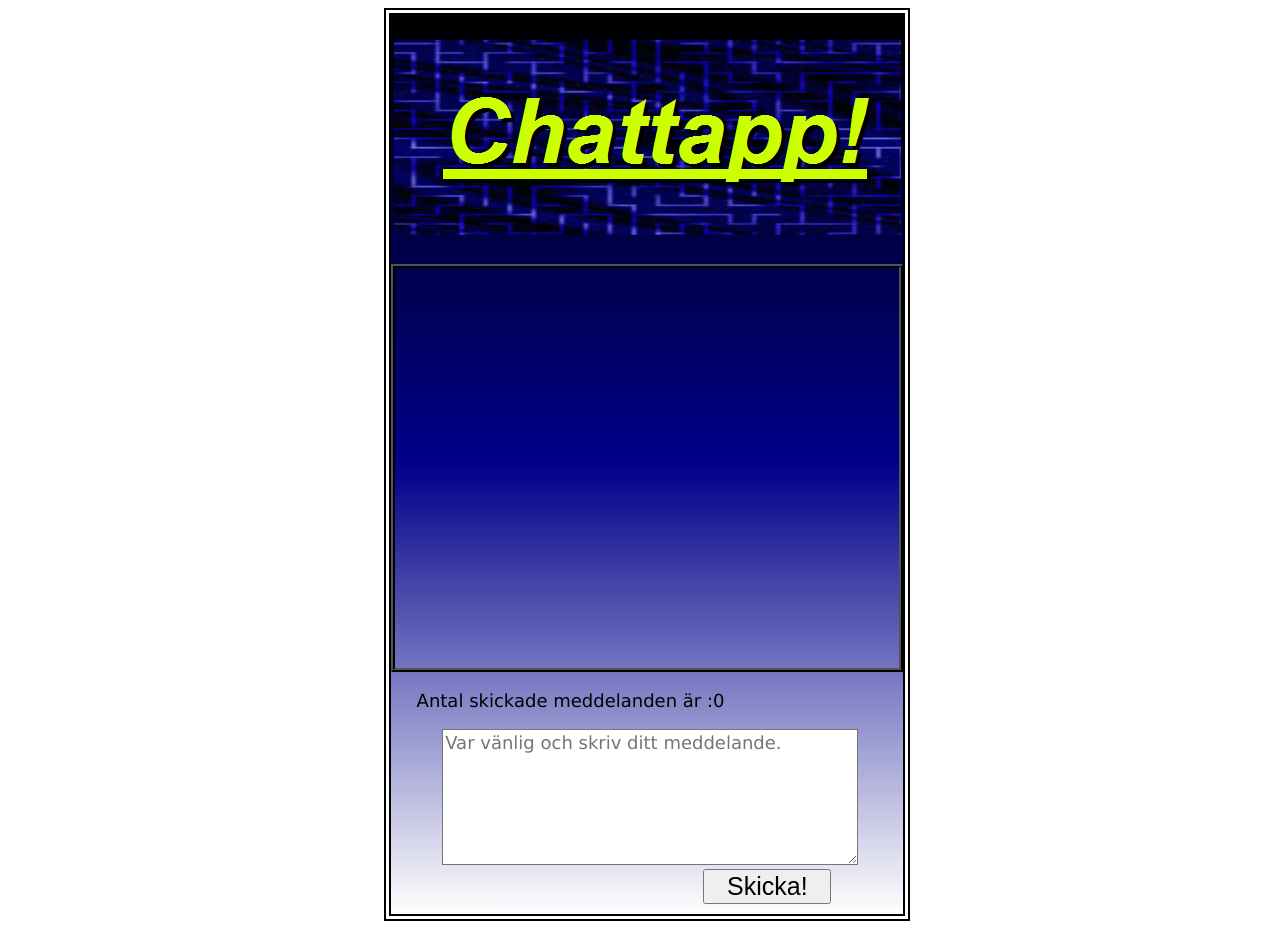
Repository: MartinArvidsson/1dv403-laborationer-Martin-Arvidsson
Page: 2-labbymezzage/index.html
The author's editor kept a record of every edit. The page is drawn from the files as they stood at one moment, then again after the next edit.
The browser window is 1280 px wide. The pictures show the whole page.

Above is the page before.

### 2-labbymezzage/index.html
<!DOCTYPE Html>
<html>
    <Head>
        <meta charset="UTF-8">
        <Title>Laboration 2 - Labby message</Title>
        <link rel="stylesheet" type="text/css" href="style.css">
    </Head>
    <body>
            <main>
                <div id="logotype">
                    <img src="logotypelabby.PNG" alt="logotype för chattappen">
                </div>
                <div id="messagesarea"></div>
                <p id="messagesSent">Antal skickade meddelanden är :0</p>
                <textarea id="textarea" rows="8" cols="60" placeholder="Var vänlig och skriv ditt meddelande."></textarea>
                <input id ="sendmessage" type="submit" value="Skicka!"/>
            </main>
        <script type="text/javascript" src="message.js"></script>
        <script type="text/javascript" src="messageApp.js"></script>
    </body>
</html>

### 2-labbymezzage/style.css
#logotype
{
    text-align:center;
    padding-top:25px;
    padding-bottom:25px;
}
body
{
   width:40%;
   margin-left:30%;
   border:double 7px black;
}
main
{
    background: linear-gradient(black,darkblue,white);
    border:7px black;
}
#messagesarea
{
    overflow-y:scroll;
    max-height:400px;
    height:400px;
    border:ridge 4px black;
}
#messagesSent
{

}
textarea
{
   font-family:Verdana;
    max-width:80%;
    width:80%;
    height:130px;
    font-size:18px;
    margin-bottom:1%;

}
textarea
{
    background-color:White;
    margin-right:5%;
    margin-left:10%;
}
p
{
   font-family:Verdana;
   font-size:18px;
   margin-left:5%;
}
#sendmessage
{
    width:25%;
    font-size:25px;
    margin-right:15%;
    margin-top:-1%;
    margin-left:61%;
    margin-bottom:2%;
}

### 2-labbymezzage/message.js
"use strict";

function Message (message, date){

    this.getText = function(){
        return message;
        };

    this.setText = function(_text){
        message = _text;
        };

    this.getDate =function(){
        return date;
    };

    this.setDate =function(_date){
        date = _date;
    };
}
Message.prototype.toString = function(){
    return this.getText()+" ("+this.getDate()+")";
}
Message.prototype.getHTMLText = function(){
    return this.getText().replace(/[\n\r]/g, "<br/>");
}
Message.prototype.getDateText = function (){

}

### 2-labbymezzage/messageApp.js
"use strict";
var messageApp = {
    messages:[],
    messagesSent: 0,
    init:function()
    {
        //var mess = new Message("Test1",new Date());
        //alert (mess);
        //alert (mess.getText());
       // mess.setText("Text2");
       // alert(mess);
    }
}
window.onload = messageApp.init;

After the next edit:
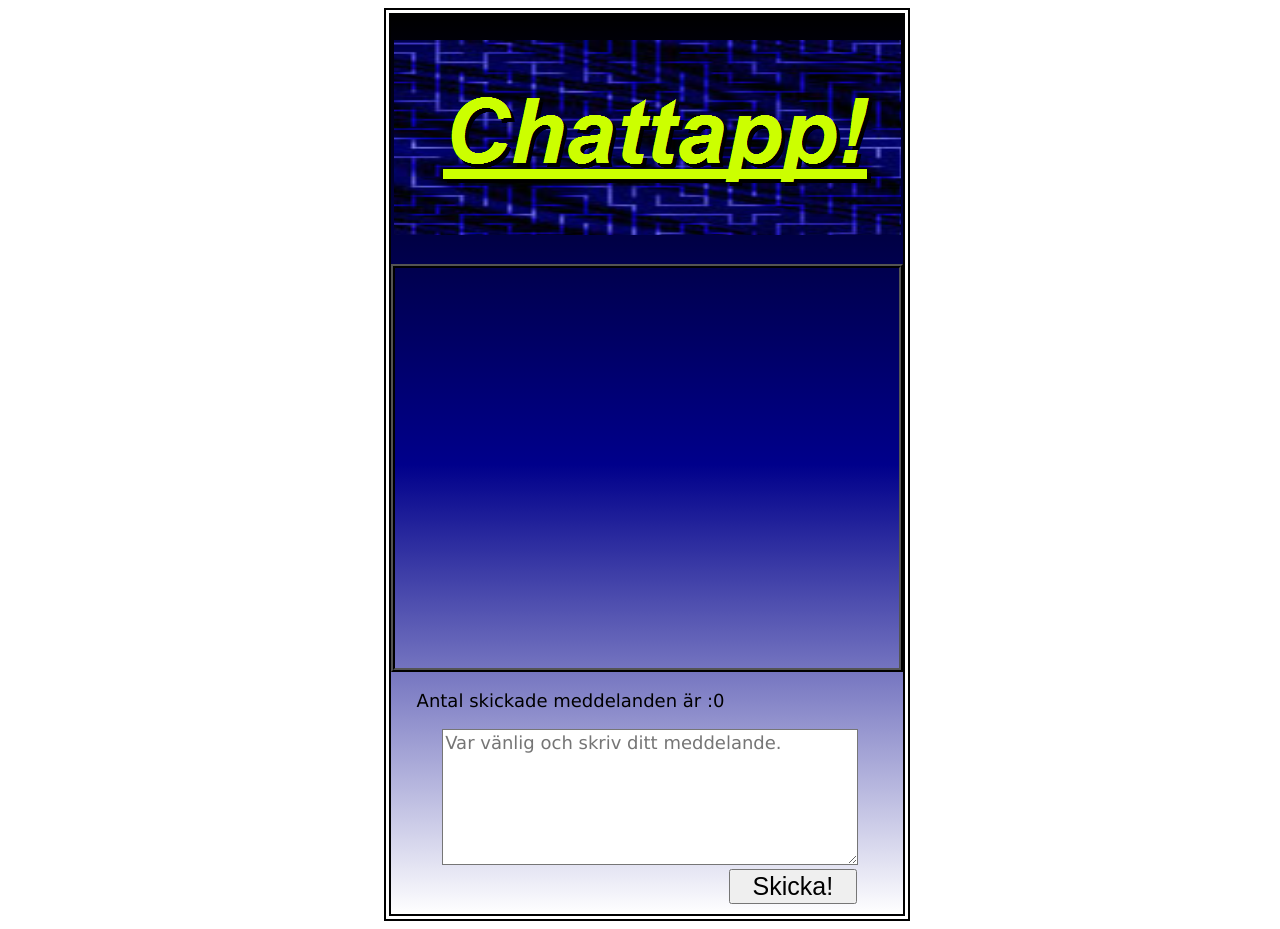
The edit:
--- a/2-labbymezzage/style.css
+++ b/2-labbymezzage/style.css
@@ -54,6 +54,6 @@
     font-size:25px;
     margin-right:15%;
     margin-top:-1%;
-    margin-left:61%;
+    margin-left:66%;
     margin-bottom:2%;
 }
